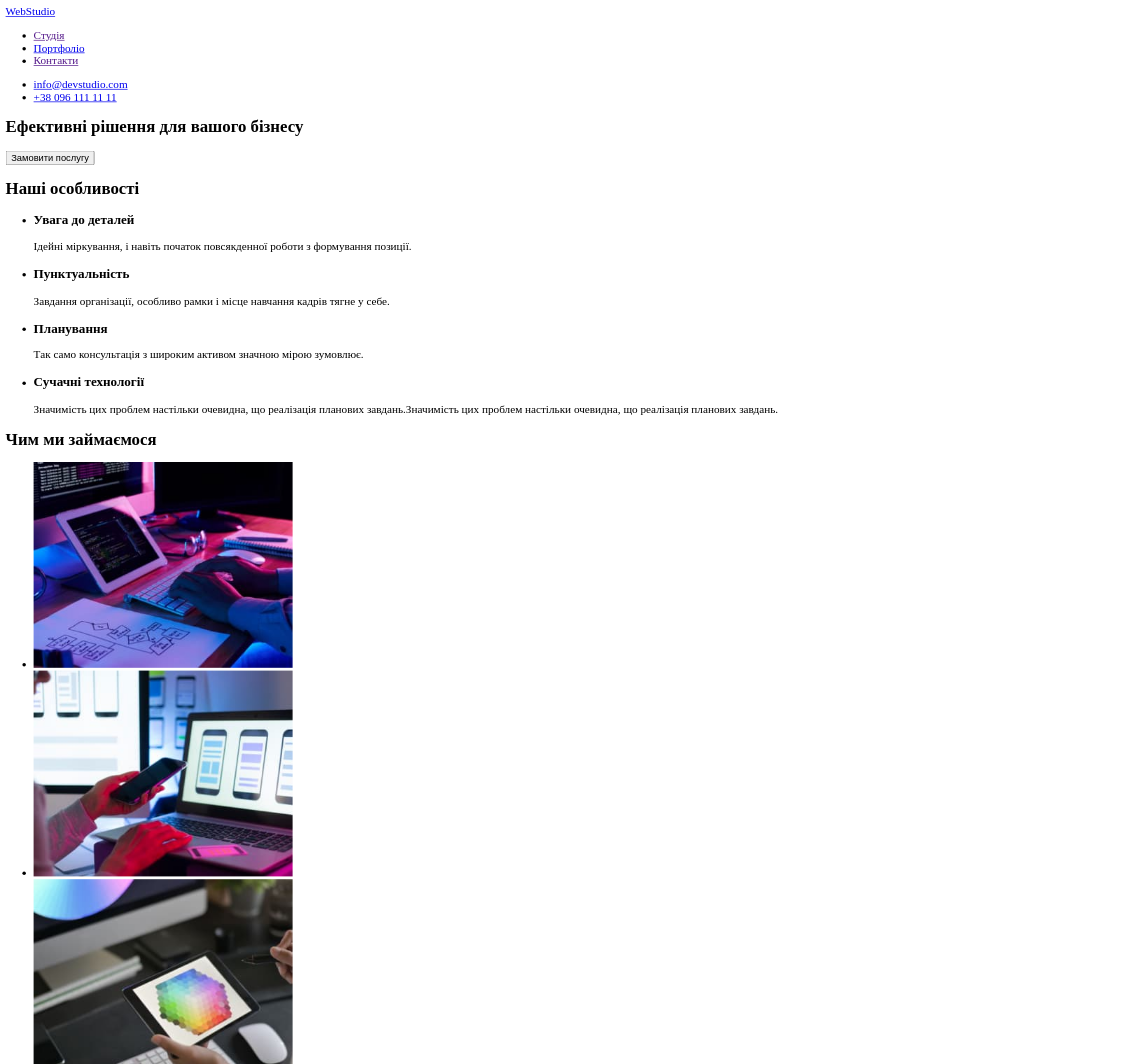
Repository: Mariia2811/goit-markup-hw-03
Page: index.html
These files come from the project's save history. The page is drawn as it stood at one moment and after the next save; the edit follows.
The browser window is 1280 px wide. The page is 1280 px wide, then 1608 px, so the pictures cover 1608 px, including what lies to the right of the window. The pictures show the part of the page from y = 0 to 1520 px (the page is 3155 px tall before and 3201 px after), at 70% of full size.

Above is the page before, as saved 2022-11-25 15:32:31.

After the next save:
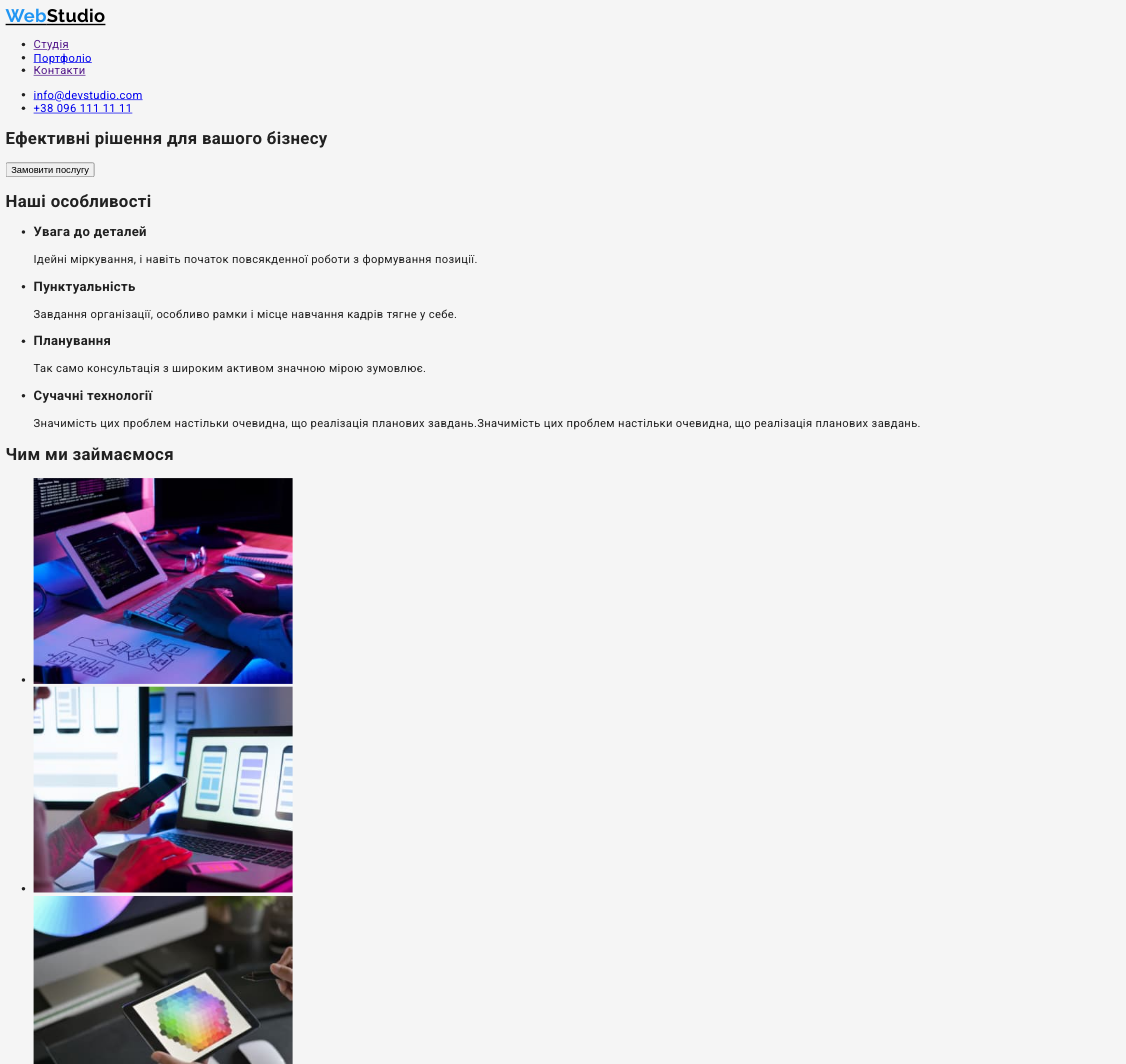
Saved 33 s later.
--- a/index.html
+++ b/index.html
@@ -5,6 +5,12 @@
     <meta http-equiv="X-UA-Compatible" content="IE=edge" />
     <meta name="viewport" content="width=device-width, initial-scale=1.0" />
     <title>Головна</title>
+    <link rel="preconnect" href="https://fonts.googleapis.com">
+    <link rel="preconnect" href="https://fonts.gstatic.com" crossorigin>
+    <link
+      href="https://fonts.googleapis.com/css2?family=Raleway:wght@700&family=Roboto:wght@400;500;700;900&display=swap"
+      rel="stylesheet">
+    <link rel="stylesheet" href="./css/styles.css">
   </head>
   <body>
     <header>
